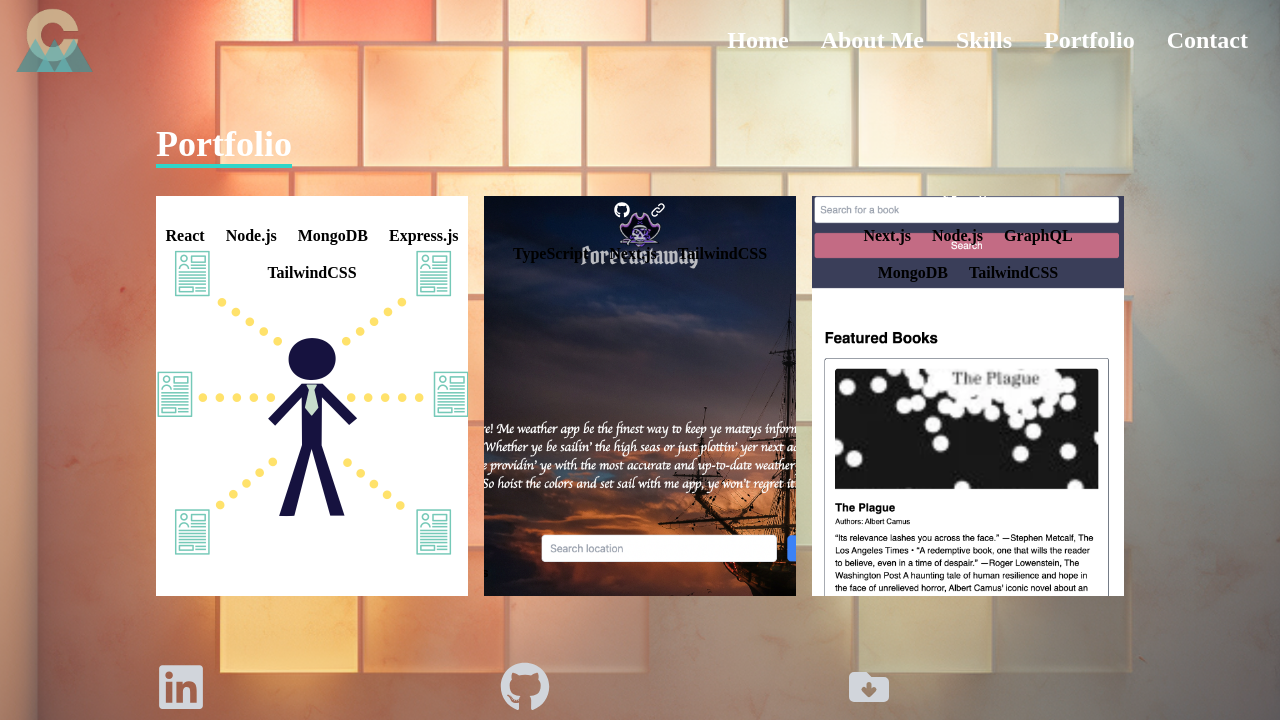
Repository: ChrisT303/portfolio-react
Page: /#/work
The author's editor kept a copy of each file at every save. The page is drawn from the files as they stood at one save, then again after the next save.
The browser window is 1280 px wide. The pictures show the whole page.
The project was rebuilt for these pictures with package versions that can differ from the ones it lists, and the page was loaded fresh each time. Also part of the build but not shown: src/components/Hero.js, src/components/AboutMe.js, src/data/LogoData.js, src/components/Experience.js, src/components/Modal.js, src/components/Contact.js.

Above is the page before, as saved 2023-09-28 16:46:02.

After the next save:
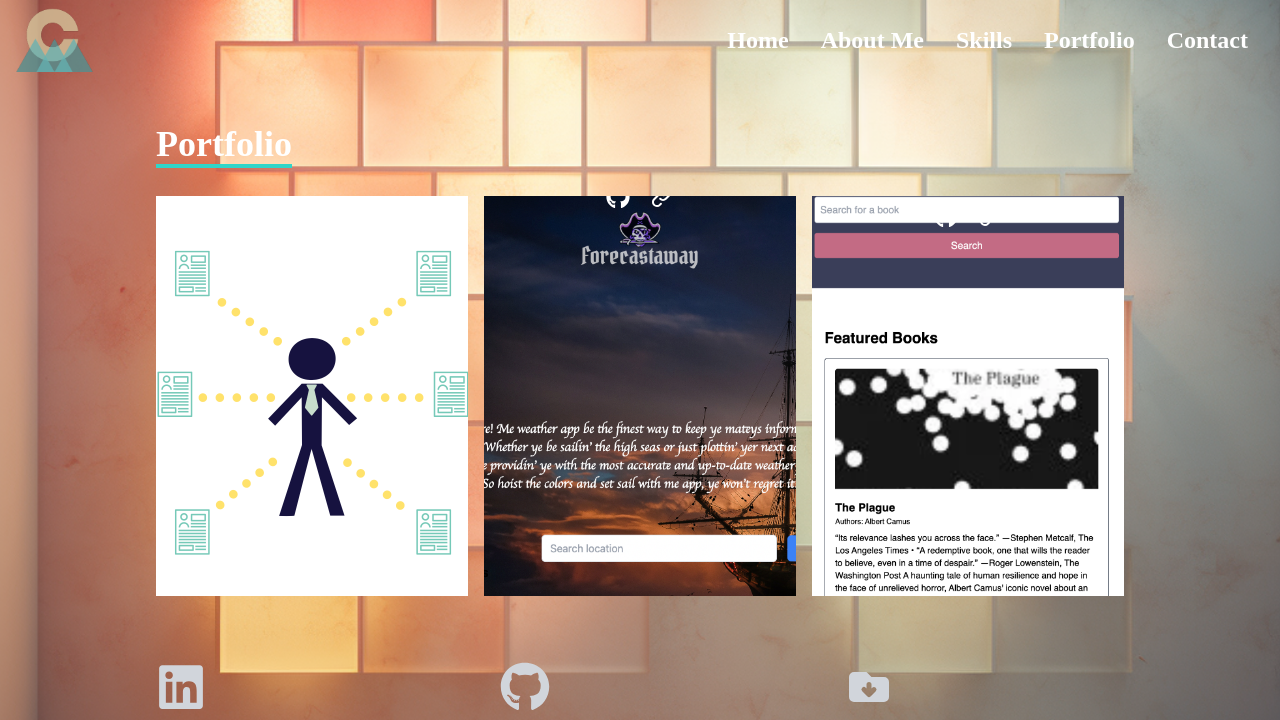
Saved 104 s later.
--- a/src/components/Work.js
+++ b/src/components/Work.js
@@ -11,33 +11,43 @@ const Work = () => (
           Portfolio
         </p>
       </div>
-      <div className="grid mx-auto sm:grid-cols-2 md:grid-cols-3 gap-4 ">
+      <div className="grid mx-auto sm:grid-cols-2 md:grid-cols-3 gap-4">
         {applications.map((app) => (
-          <div key={app.key}>
-            <div className="hovereffect">
-              <img className="project-image" src={app.src} alt="{app.name}" />
-              <div className="overlay grid grid-cols-3 md:inline-block md:grid-cols-none pt-4 md:pt-0">
-                <h2 className="font-bold">{app.name}</h2>
+          <div key={app.key} className="hovereffect">
+            <div className="text-center">
+              {/* App name on top of the image */}
+              <h2 className="font-bold md:hidden">{app.name}</h2>
+              <img className="project-image" src={app.src} alt={app.name} />
+            </div>
+            <div className="overlay grid grid-cols-3 pt-4">
+              <div className="col-span-3 text-center">
+                {/* Tech names over the image */}
+                <div className="tech-container">
+                  {app.tech.map((tech) => (
+                    <span
+                      key={tech}
+                      className="bg-main text-black font-extrabold py-1 px-2 rounded-md"
+                    >
+                      {tech}
+                    </span>
+                  ))}
+                </div>
+                {/* Links centered below the image */}
                 <div className="button-container">
                   <a href={app.code} className="info">
-                    <div className="flex justify-around text-2xl md:text-base hover:text-[#6cc644]">
+                    <div className="flex justify-around text-2xl hover:text-[#6cc644]">
                       <FaGithub />
                     </div>
                   </a>
                   <a className="info" href={app.link}>
-                    <div className="flex justify-around text-2xl md:text-base hover:text-[#dE73FF]">
+                    <div className="flex justify-around text-2xl hover:text-[#dE73FF]">
                       <HiOutlineLink />
                     </div>
                   </a>
                 </div>
-                <div className="tech-container">
-                  {app.tech.map((tech) => (
-                    <span key={tech} className="bg-main text-black font-extrabold  py-1 px-2 rounded-md">
-                      {tech}
-                    </span>
-                  ))}
-                </div>
               </div>
+              {/* App name for small screens */}
+              <h2 className="font-bold hidden md:block">{app.name}</h2>
             </div>
           </div>
         ))}
